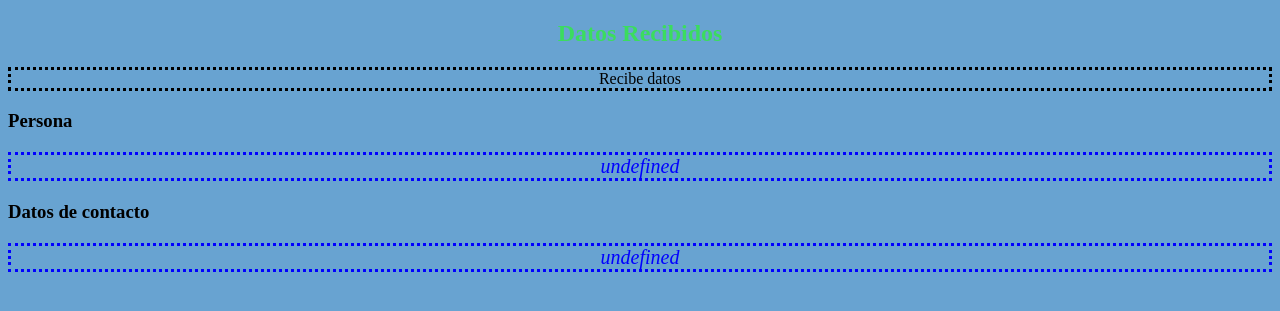
Repository: UVMCoyoacan/VEFY
Page: recibedatosFormCV.html
These files come from the project's save history. The page is drawn as it stood at one moment and after the next save; the edit follows.
The browser window is 1280 px wide. The pictures show the whole page.

Above is the page before, as saved 2024-03-01 14:09:11.
Console error: ReferenceError: correo2 is not defined

After the next save:
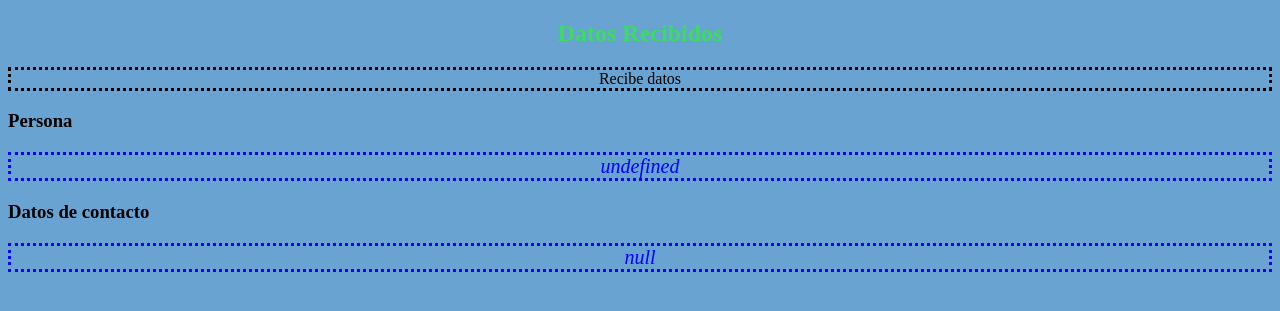
The error is gone.
Saved 82 s later.
--- a/recibedatosFormCV.html
+++ b/recibedatosFormCV.html
@@ -12,9 +12,7 @@
 				//SOLO CON GET//
 			var vars = {};
 			//AGARRA LA URL//
-			var utls=new URL(window.location.href).searchParams
-			var correo2=utls.get("correoele")
-			console.log(correo2);
+
 			var parts = window.location.href.replace(/[?&]+([^=&]+)=([^&]*)/gi,
 				function (m, key, value) {
 					if (vars[key]) {
@@ -27,6 +25,9 @@
 			console.log(vars);
 			return vars;
 		}
+		var utls=new URL(window.location.href).searchParams
+			var correo2=utls.get("correoele")
+			console.log(correo2);
 
 				var nombre = getUrlVars()["fname"];
 				var telefono= getUrlVars()["numtel"];
